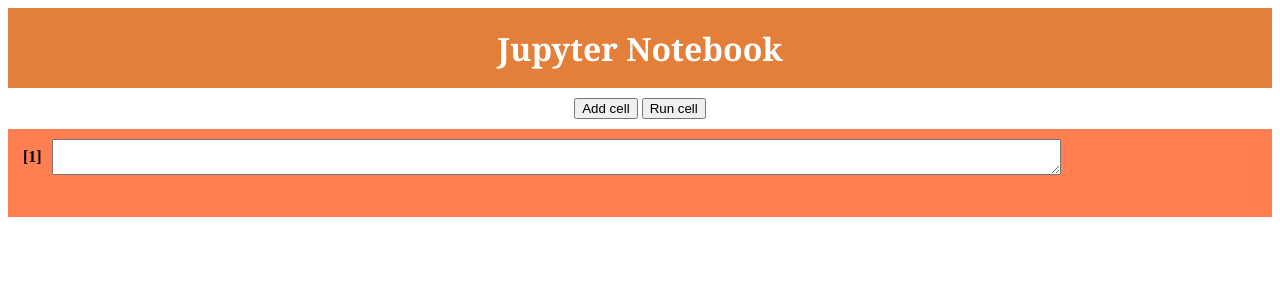
Repository: lingzi-liu/jupyter_notebook_prototype
Page: http://localhost/
These files come from the project's save history. The page is drawn as it stood at one moment and after the next save; the edit follows.
The browser window is 1280 px wide. The pictures show the whole page.
The page is served by the project's application, run on Flask 3 (app.py).

Above is the page before, as saved 2022-11-13 03:10:38.

After the next save:
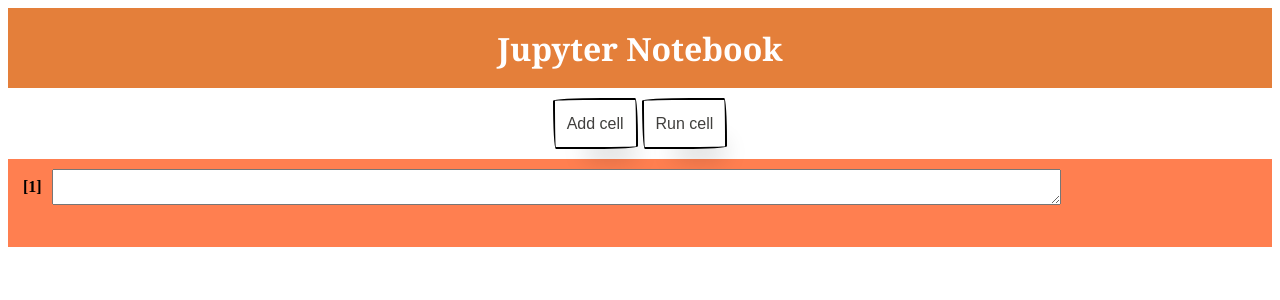
Saved 11 s later.
--- a/static/styles/style.css
+++ b/static/styles/style.css
@@ -17,7 +17,7 @@
   margin: 10px;
 }
 
-#commands .button {
+#commands button {
   align-self: center;
   background-color: #fff;
   background-image: none;
